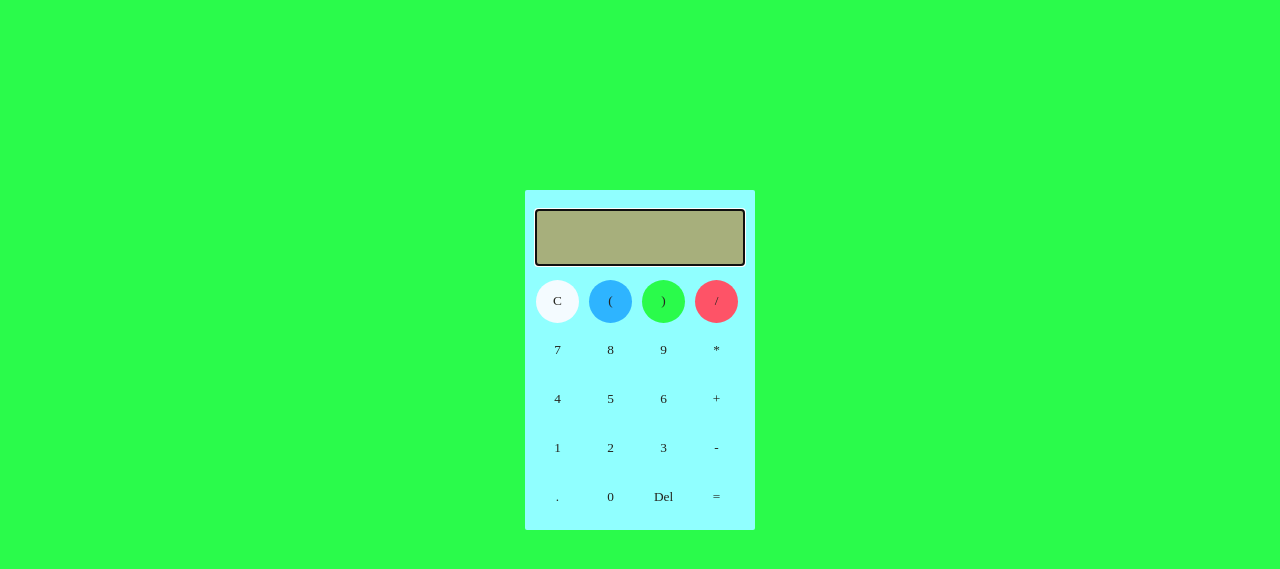
Repository: ServerK001/CalcJsVanilha
Page: index.html
The author's editor kept a copy of each file at every save. The page is drawn from the files as they stood at one save, then again after the next save.
The browser window is 1280 px wide. The pictures show the whole page.
The first visible `input[type=text]` has the focus.

Above is the page before, as saved 2022-02-14 22:10:43.

### index.html
<!DOCTYPE html>
<html lang="pt-br">
<head>
    <meta charset="UTF-8">
    <meta http-equiv="X-UA-Compatible" content="IE=edge">
    <meta name="viewport" content="width=device-width, initial-scale=1.0">
    <script src="index.js" ></script>
    <link rel="stylesheet" href="style.css">


    <title>Calculadora</title>
</head>
<body>

        <section class="conteiner">


            <table class="calculadora">
                <tr>
                    <td colspan="4"><input type="text" class="display"></td>
                </tr>

                <tr>
                    <td><button class="btn btn_1 btn-clear">C</button></td>
                    <td><button class="btn btn_2 btn-num">(</button></td>
                    <td><button class="btn btn_3 btn-num">)</button></td>
                    <td><button class="btn btn_4 btn-num">/</button></td>
                </tr>

                <tr>
                    <td><button class="btn btn-num">7</button></td>
                    <td><button class="btn btn-num">8</button></td>
                    <td><button class="btn btn-num">9</button></td>
                    <td><button class="btn btn-num">*</button></td>
                </tr>
                <tr>
                    <td><button class="btn btn-num">4</button></td>
                    <td><button class="btn btn-num">5</button></td>
                    <td><button class="btn btn-num">6</button></td>
                    <td><button class="btn btn-num">+</button></td>
                </tr>
                <tr>
                    <td><button class="btn btn-num">1</button></td>
                    <td><button class="btn btn-num">2</button></td>
                    <td><button class="btn btn-num">3</button></td>
                    <td><button class="btn btn-num">-</button></td>
                </tr>
                <tr>
                    <td><button class="btn btn-num">.</button></td>
                    <td><button class="btn btn-num">0</button></td>
                    <td><button class="btn btn-del">Del</button></td>
                    <td><button class="btn btn-num">=</button></td>
                </tr>

            </table>


        </section>

</body>
</html>

### index.js
console.log('Olá mundo')

### style.css


:root{
    --btn: #25251f;
    --font-display:#435338;
    --displayBG:#a7af7c;
    --bgCalc:#90FFFF;
    --bgConteiner:#5b5b5b;

    /*Bootuns Colors*/

    --btn_1:#F4FBFF;
    --btn_2:#2EB4FF;
    --btn_3:#2AFB4B;
    --btn_4:#FE5367;
    --btn_5:#FDEA44;
    --btn_6:#EA46ED;
    --btnHover: #c5e9fd;




}

.display{
    font-size: 1rem;
    width: 100%;
    height: 50px;
    text-align: right;
    font-family: "Unibody 8";
    color: var(--font-display);
    background-color: var(--displayBG);

        border: none;
}

input[type=text] {
    width: 100%;
    padding: 12px 20px;
    margin: 8px 0;
    box-sizing: border-box;
    transition: 0.5s;
  }
  input[type=text]:focus {
    width: 100%;
    height: 55px;
  }

.btn{
    font-family: "Unibody 8";
    color:var(--btn);
    background-color: var(--bgBtn);
    padding: 0.5rem ;
    border-radius: 50%;
    align-items: center;
    border: none;
    height: 43px;
    width: 43px;
    text-align: center;
    transition: 0.3s;
}.btn:hover{
    background-color: var(--btnHover) ;
}


.calculadora{
    background-color: var(--bgCalc);
    padding: 0.5rem;
    height: 340px;
    width: 230px;
    border-radius: 2px;

}


.body{
    background-color: var(--bgConteiner);
    padding: 1rem;
}

.btn_1{background-color:var(--btn_1)}
.btn_2{background-color:var(--btn_2)}
.btn_3{background-color:var(--btn_3)}
.btn_4{background-color:var(--btn_4)}
.btn_5{background-color:var(--btn_5)}
.btn_6{background-color:var(--btn_6)}

.conteiner{
    display: flex;
    align-items: center;
    justify-content: center;
    height: 100vh;
    background-color: #2AFB4B;
}




html, body{
    box-sizing:none;
    margin: 0 auto;
    border: none;
    padding: 0;
    line-height: 1;


}

After the next save:
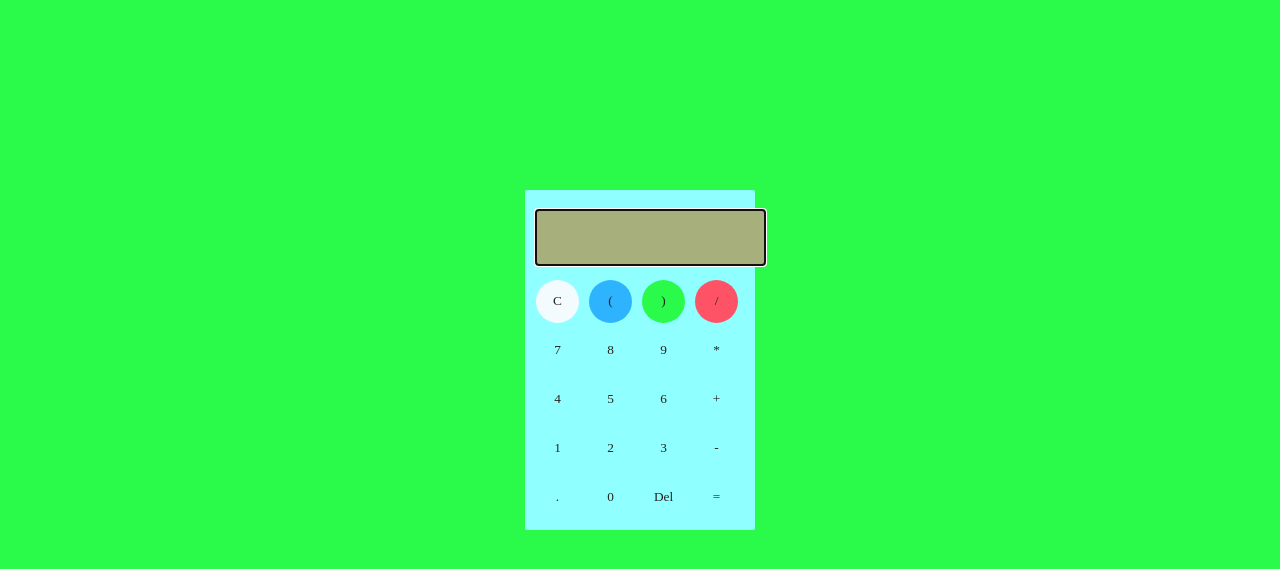
Saved 4 s later.
--- a/style.css
+++ b/style.css
@@ -42,7 +42,7 @@
     transition: 0.5s;
   }
   input[type=text]:focus {
-    width: 100%;
+    width: 110%;
     height: 55px;
   }
 

After the save that followed:
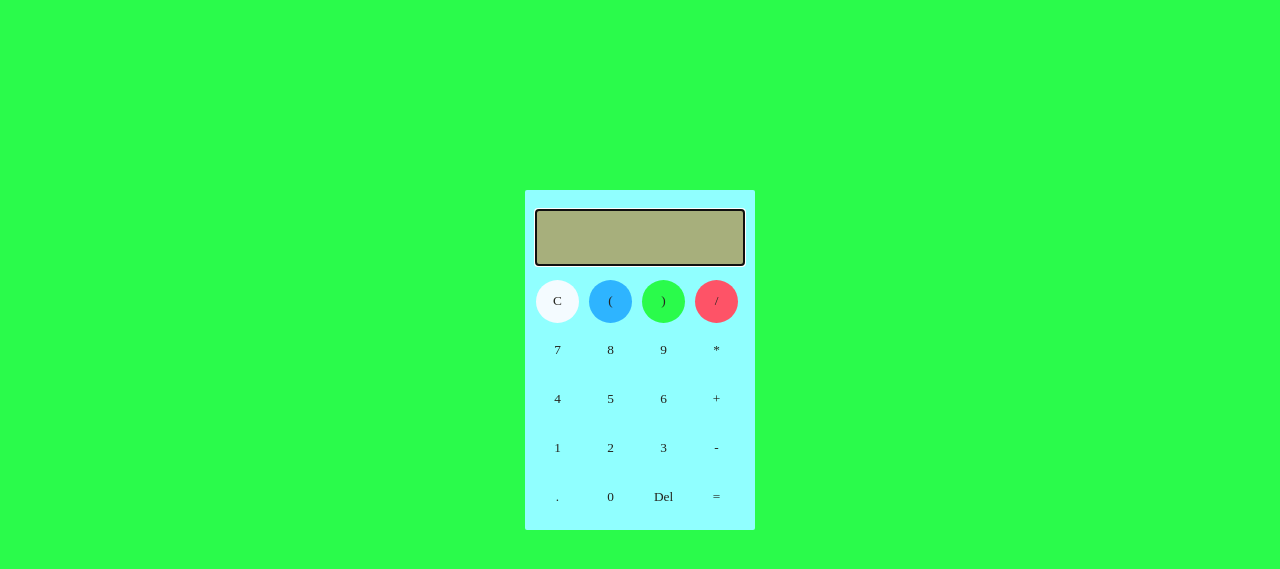
Saved 16 s later.
--- a/style.css
+++ b/style.css
@@ -42,8 +42,7 @@
     transition: 0.5s;
   }
   input[type=text]:focus {
-    width: 110%;
-    height: 55px;
+        height: 55px;
   }
 
 .btn{
